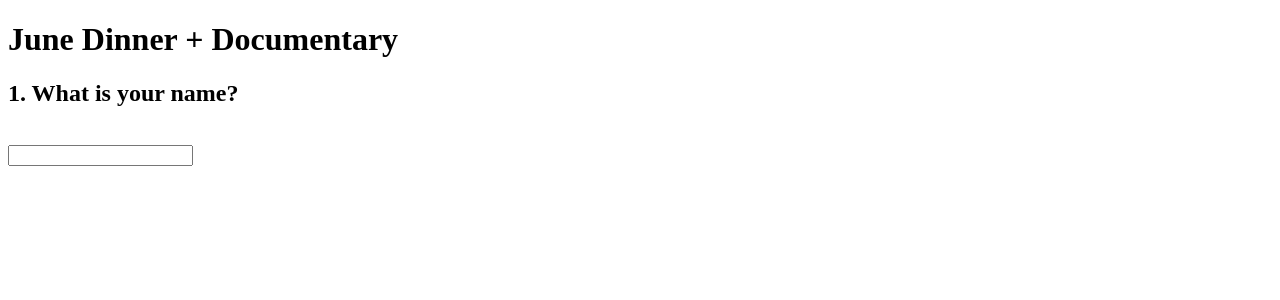
Repository: bhuhmann/event-survey
Page: survey.html
These files come from the project's save history. The page is drawn as it stood at one moment and after the next save; the edit follows.
The browser window is 1280 px wide. The pictures show the whole page.

Above is the page before, as saved 2020-03-31 18:59:13.

After the next save:
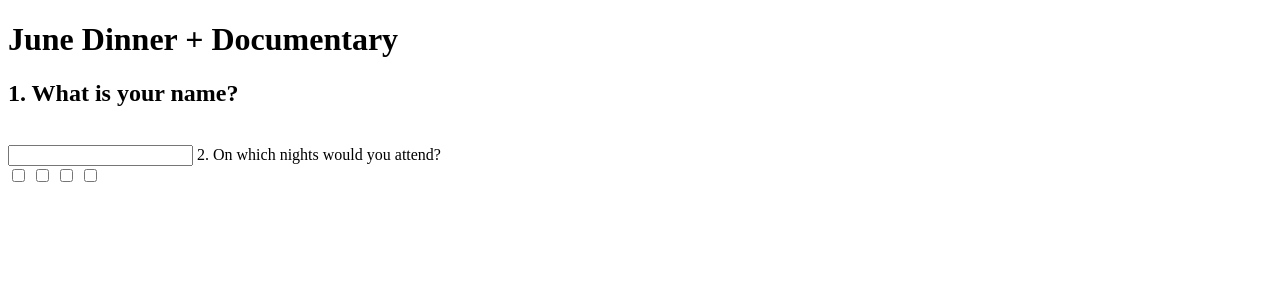
Saved 4 min 42 s later.
--- a/survey.html
+++ b/survey.html
@@ -12,6 +12,12 @@
             <label for="name"><h2>1. What is your name?</h2></label>
             <br>
             <input id="name" type="text" name="name" required>
+            <label for="dates">2. On which nights would you attend?</label>
+            <br>
+            <input id='dates' type="checkbox" name="dates" value="Saturday, June 6">
+            <input id='dates' type="checkbox" name="dates" value="Saturday, June 13">
+            <input id='dates' type="checkbox" name="dates" value="Saturday, June 20">
+            <input id='dates' type="checkbox" name="dates" value="Saturday, June 27">
             <!--Which nights would you attend? checkbox options-->
             <!--Please rank the films in order of preference. Maybe drag and drop, probably requires JS?-->
             <!--Please rank the main dishes in order of preference. Maybe drag and drop, probably requires JS?-->
